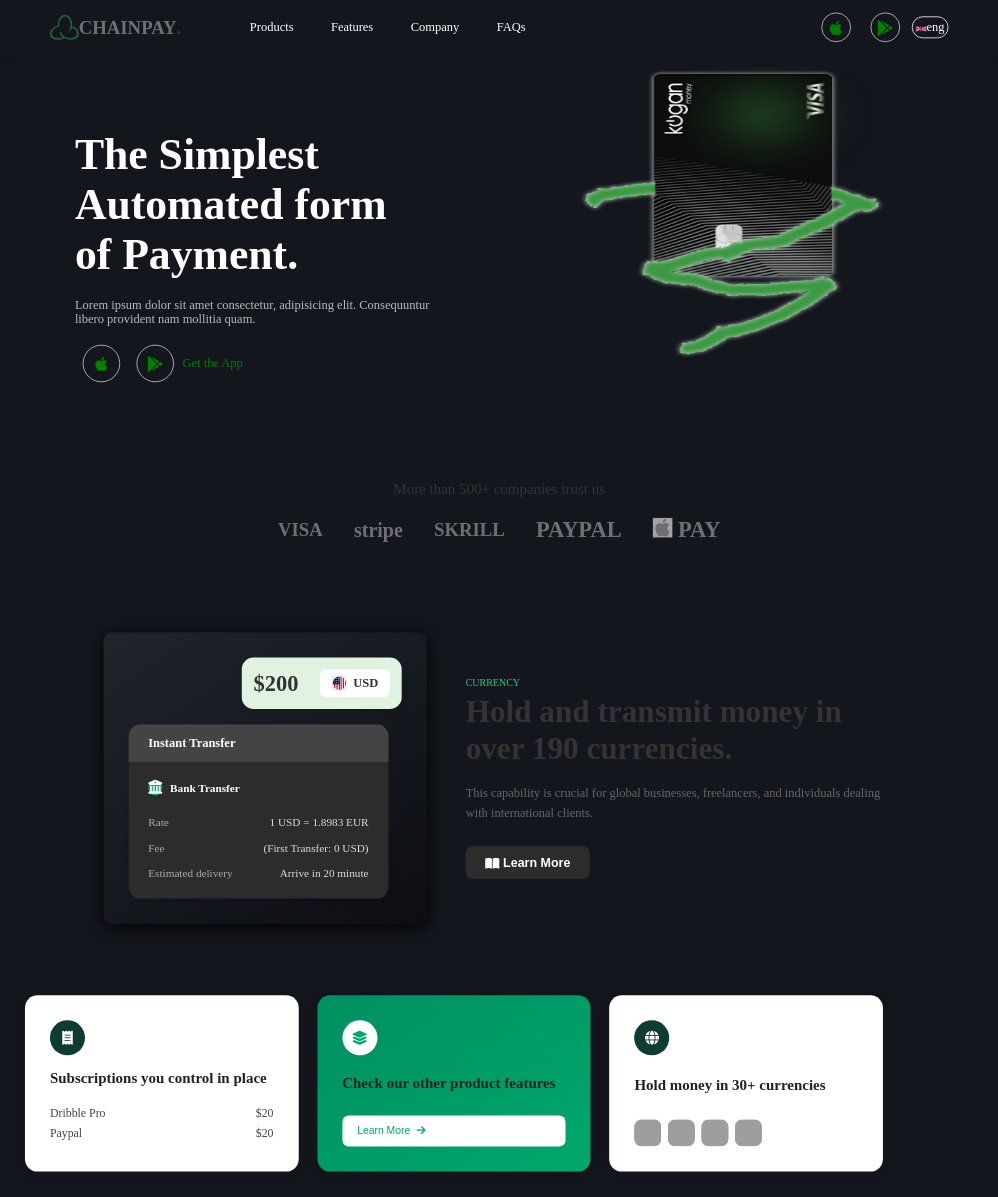
Repository: Austinokezie/Fintech-landing-page
Page: Chainpay.html
An editor plug-in stored every save of this project. The page is shown before and after the next save, followed by the edit.
The browser window is 1280 px wide. The pictures show the whole page, at 78% of full size.
Pictures or frames that could not be fetched are drawn as grey boxes. Some web libraries are served in a nearby version.

Above is the page before, as saved 2025-10-15 20:01:11.

### Chainpay.html
<!DOCTYPE html>
<html lang="en">
<head>
    <meta charset="UTF-8">
    <meta name="viewport" content="width=device-width, initial-scale=1.0">
    <title>Document</title>
    <link rel="stylesheet" href="./Chainpay.css">
    <script src="https://kit.fontawesome.com/988c5ad863.js" crossorigin="anonymous"></script>
</head>
<body>
    <nav>
        <div class="left">
            <div class="logo">
                <img src="./images/logo.png" alt="logo image">

                <span>Chainpay</span><span class="dot">.</span>

            </div>
            <ul class="links">
                <li class="link">Products</li>
                <li class="link">Features</li>
                <li class="link">Company</li>
                <li class="link">FAQs</li>

            </ul>
        </div>

        <div class="btn">
            <i class="fa-brands fa-apple"></i>
            <i class="fa-brands fa-google-play"></i>
            <div class="flag">
                <a href=""><img src="./images/Flag_of_the_United_Kingdom_(1-2).svg.png" alt="flag"><span>eng</span></a>


            </div>

        </div>
    </nav>
    <main>
        <div class="introsection">
            <h1>
                <p>The Simplest</p>
                <p>Automated form</p>
                <p>of Payment.</p>
            </h1>
            <p class="describe">Lorem ipsum dolor sit amet consectetur, adipisicing elit. Consequuntur libero provident nam mollitia quam.</p>
            <div class="btnicons">
                <i class="fa-brands fa-apple"></i>
                <i class="fa-brands fa-google-play"></i>
                <a href="#">Get the App</a>
            </div>
            <!-- <div>
                <button class="btn"> Get Started</button>
                <button class="btn"> Discover More</button>
            </div> -->
        </div>
        <div class="imagesection">
            <img src="./images/card.png" alt="">
        </div>
    </main>
   <section class="trust-section">
      <p class="trust-statement">More than 500+ companies trust us</p>
       <div class="payment-logos">
          <span class="logo visa">VISA</span>
          <span class="logo stripe">stripe</span>
          <span class="logo skrill">Skrill</span>
          <span class="logo paypal">PayPal</span>
          <span class="logo apple-pay"><img src="./images/Apple logo.jpg" alt=""> Pay</span>
        </div>
   </section>
    <section class="currency-feature-section">
            <div class="demo-section">
                <div class="input-card">
                    <span class="amount">$200</span>
                        <div class="currency-selector">
                            <img src="./images/USA FLAG2.jpeg" alt="US Flag" class="flag-icon">
                             <span class="currency-code">USD</span>

                        </div>
                </div>

                <div class="transfer-details-card">
                      <div class="card-header">
                         <span class="header-text">Instant Transfer</span>
                       </div>
                    <div class="transfer-info">
                        <div class="info-line bank-transfer">
                          <span class="icon "><i class="fa-solid fa-building-columns bank-icon"></i></span>
                         <span class="text">Bank Transfer</span>
                       </div>
                       <div class="info-line detail-row">
                          <span class="label">Rate</span>
                          <span class="value">1 USD = 1.8983 EUR</span>
                       </div>
                        <div class="info-line detail-row">
                          <span class="label">Fee</span>
                          <span class="value">(First Transfer: 0 USD)</span>
                       </div>
                       <div class="info-line detail-row">
                          <span class="label">Estimated delivery</span>
                         <span class="value">Arrive in 20 minute</span>
                        </div>
                   </div>
               </div>
            </div>

        <div class="content-section">
               <p class="tagline">Currency</p>
               <h2 class="headline">Hold and transmit money in over 190 currencies.</h2>
               <p class="description">This capability is crucial for global businesses, freelancers, and individuals dealing with international clients.</p>
               <button class="cta-button">
                  <span class="icon learn-icon"><i class="fa-solid fa-book-open"></i></span>
                   Learn More
               </button>
        </div>
    </section>

    <section class="features">
          <div class="card">
               <div class="card-icon">
                 <i class="fa-solid fa-receipt"></i>
                </div>
                <h3>Subscriptions you control in place</h3>
                <div class="card-footer">
                   <div class="item">
                      <span>Dribble Pro</span><span>$20</span>
                  </div>
                  <div class="item">
                      <span>Paypal</span><span>$20</span>
                   </div>
               </div>
           </div>

           <div class="card active">
               <div class="card-icon">
                  <i class="fa-solid fa-layer-group"></i>
                </div>
                <h3>Check our other product features</h3>
                <button class="learn-more">
                  Learn More <i class="fa-solid fa-arrow-right"></i>
               </button>
            </div>

           <div class="card">
               <div class="card-icon">
                 <i class="fa-solid fa-globe"></i>
               </div>
               <h3>Hold money in 30+ currencies</h3>
               <div class="flag-icons">
                  <img src="https://flagcdn.com/w40/gb.png" alt="UK">
                  <img src="https://flagcdn.com/w40/us.png" alt="US">
                  <img src="https://flagcdn.com/w40/ca.png" alt="Canada">
                  <img src="https://flagcdn.com/w40/eu.png" alt="EU">
              </div>
           </div>
    </section>
</body>
</html>

### Chainpay.css
*{
    margin: 0;
    padding: 0;

}
body{
    background-color: #13161d;
    color: white;
}
nav{
    display: flex;
    justify-content: space-between;
    padding: 16px 64px;
    box-shadow: 0 5px 12px rgba(0, 0, 0, 0.1);
}

nav .left {
    display: flex;
    gap: 4rem;
    align-items: center;
}

nav .logo{
    display: flex;
    align-items: center;

}
nav .logo span{
    font-size: 1.5rem;
    font-weight: bold;
    gap: 2px;

}
nav .logo .dot{
    color: green;
    font-size: 1.5rem;
}
nav .logo img{
    height: 32px;
}
nav .links{
    display: flex;
    list-style: none;

}
nav .links :hover{
    color: forestgreen;
}
nav .links .link{
    padding: 5px 1.5rem;
    font-weight: 500;
}
nav .btn{
    display: flex;
    align-items: center;
    gap: 5px;
}
nav .btn i{
    font-size: 1.3rem;
    background-color: rgba(2, green, blue, alpha);
    color: green;
    padding: .5rem .5rem;
    border: 1px solid #ccc;
    width: 20px;
    height: 20px;
    line-height: 20px;
    text-align: center;
    border-radius: 52px;
    margin:0 10px;
    cursor: pointer;

}
nav .btn .flag{
    display: flex;
    border: 1px solid;
    border-radius: 20px;
    padding: 4px 4px;

}

nav .btn .flag a{
    text-decoration: none;
}
nav .btn .flag img{
    width: .9rem;
    height: .4rem;
}
nav .btn .flag span{
    color: white;
}

main{
    display: flex;
    justify-content: center;
    padding: 1rem 6rem;

    gap: 2rem;
}
main .introsection{
    /* display: flex; */
    padding: 5rem 0;
    /* justify-content: center; */
}
main .introsection h1{
   font-size: 3.5rem;
}
main.introsection h1 p{
    font-size: 5rem;
}
.introsection .describe{
    font-size: 16px;
    opacity: .7;
    margin: 1.5rem 0;
    max-width: 80%;
}
main .imagesection img{
    width: 29rem;
    height: 27rem;
    /* margin-top: 30px; */
}
main .btnicons{
    display: flex;
    gap: 1px;
    align-items: center;
}
main .btnicons a{
    text-decoration: none;
    color: green;
}
main .btnicons i{
    font-size: 1.3rem;
    /* background-color: rgb(36, 17, 17); */
    padding: .5rem .5rem;
    color: green;
    border: 1px solid #ccc;
    width: 30px;
    height: 30px;
    line-height: 30px;
    text-align: center;
    border-radius: 52px;
    margin:0 10px;


}

/* =========================
   🌐 Services Highlight Section
   ========================= */

.trust-section {
    text-align: center;
    padding: 30px 15px;
    background-color: #13161d;
    color: white;
}

.trust-statement {
    font-size: 1.2rem;
    color: #333333; /* Darker text for the statement */
    margin-bottom: 25px;
}

.payment-logos {
    display: flex;
    justify-content: center;
    align-items: center;
    flex-wrap: wrap; /* Allows logos to wrap on smaller screens */
    gap: 40px; /* Space between logos */
}

.logo {
    font-size: 1.5rem;
    font-weight: bold;
    color: #aaaaaa; /* Faded/light gray color as seen in the image */
    text-transform: uppercase;
    opacity: 0.6; /* Slight transparency to enhance the faded look */
    /* Add a specific font-family if you want to match the logo typeface exactly */
}

/* Specific Logo adjustments (optional, to better mimic the logo styles) */
.visa {
    /* No major change needed */
}

.stripe {
    font-size: 1.6rem;
    text-transform: lowercase;
}

.skrill {
    /* No major change needed */
}

.paypal {
    font-size: 1.8rem;
}

.apple-pay {
    font-size: 1.8rem;
    /* The Apple logo  is used directly in the HTML */
}
.apple-pay img{
    width: 25px;
    height: 25px;
}


/* Base Styles */
.currency-feature-section {
    display: flex;
    justify-content: center;
    align-items: center;
    padding: 60px 5%;
    background-color: #13161d;
    color: white;
    font-family: serif;
    box-shadow: rgba(0, 0, 0, 0.1);
    margin-top: 25px;
}

/* --------------------
    Left Column: Demo Section Styling
-------------------- */
.demo-section {
    flex: 1;
    display: flex;
    flex-direction: column;
    gap: 20px;
    padding: 2rem;
    max-width: 350px; /* Limit size for better aesthetics */
    background: linear-gradient(145deg, #1f242d, #0c0e13);
    box-shadow: 0 4px 20px rgba(0, 0, 0, 10);
    border-radius: 10px;
}

/* Input Card */
.input-card {
    background-color: #e0f2e0; /* Lightest green for the card */
    padding: 15px 15px;
    border-radius: 15px;
    display: flex;
    justify-content: space-between;
    align-items: center;
    margin-left: auto;
    box-shadow: 0 4px 10px rgba(0, 0, 0, 0.05); /* Soft shadow */
    width: 50%; /* Smaller than the overall demo section */
}

.input-card .amount {
    font-size: 1.8rem;
    font-weight: bold;
    color: #333;
}

.currency-selector {
    display: flex;
    align-items: center;
    background-color: #fff; /* White background for selector */
    padding: 8px 15px;
    border-radius: 8px;
    font-weight: bold;
    cursor: pointer;
}

.flag-icon {
    width: 20px;
    height: 20px;
    margin-right: 8px;
    /* In a real scenario, you'd load the image */
    /* Placeholder for the flag */
    background-color: #003087; /* Just to show where the flag goes */
    /* border: 1px solid #ccc; */
}
.currency-code {
    color: #333;
}

/* Transfer Details Card */
.transfer-details-card {
    background-color: #2c2c2c; /* Dark background for this card */
    color: #ffffff;
    padding: 0;
    border-radius: 15px;
    box-shadow: 0 4px 10px rgba(0, 0, 0, 0.1);
    width: 95%; /* Wider than the input card */
}

.card-header {
    background-color: #444444; /* Darker header section */
    padding: 15px 25px;
    border-top-left-radius: 15px;
    border-top-right-radius: 15px;
}

.header-text {
    font-weight: bold;
    font-size: 1rem;
}

.transfer-info {
    padding: 15px 25px;
}

.info-line {
    display: flex;
    justify-content: space-between;
    padding: 8px 0;
    font-size: 0.9rem;
    color: #dddddd; /* Light text for details */
    gap: 10px;
}

.bank-transfer {
    justify-content: flex-start;
    align-items: center;
    font-weight: bold;
    color: #ffffff;
    margin-bottom: 10px;
}

.bank-icon {
    display: flex;
    align-items: center;
    width: 20p;
    height: 20px;
    background-color: #00a86b; /* Green circle icon color */
    border-radius: 50%;
    font-size: 18px;
    /* margin-right: 10px; */
    /* flex-shrink: 0; */

}
.bank-icon i{
    font-size: 18px;
    color: #00a86b;
    line-height: 1;
}

.detail-row .label {
    color: #aaaaaa; /* Lighter gray for labels */
}

.detail-row .value {
    text-align: right;
}

/* --------------------
    Right Column: Content Section Styling
-------------------- */
.content-section {
    flex: 1;
    max-width: 550px;
    padding-left: 50px;
    color: #f5f5dc;
}

.tagline {
    font-size: 0.8rem;
    color: #2ecc71;
    text-transform: uppercase;
    margin-bottom: 5px;
}

.headline {
    font-size: 2.5rem;
    font-weight: 900;
    line-height: 1.2;
    color: #333;
    margin: 0 0 20px 0;
}

.description {
    font-size: 1rem;
    line-height: 1.6;
    color: #666;
    margin-bottom: 30px;
}

.cta-button {
    background-color: #2c2c2c; /* Dark background for CTA */
    color: #ffffff;
    border: none;
    padding: 12px 25px;
    border-radius: 8px;
    font-size: 1rem;
    font-weight: bold;
    cursor: pointer;
    display: flex;
    align-items: center;
    transition: background-color 0.3s;
}

.cta-button:hover {
    background-color: #444444;
}

.learn-icon {
    width: 15px;
    height: 15px;
    /* background-color: #00a86b; Small green icon placeholder */
    border-radius: 3px;
    margin-right: 8px;
}

/* === Feature Section === */
.features {
  display: flex;
  gap: 1.5rem;
  padding: 2rem;
  max-width: 1100px;
  flex-wrap: nowrap;
  justify-content: center;
}

/* === Card === */
.card {
  background: #fff;
  border-radius: 16px;
  padding: 2rem;
  width: 320px;
  box-shadow: 0 4px 20px rgba(0, 0, 0, 0.05);
  display: flex;
  flex-direction: column;
  justify-content: space-between;
  transition: transform 0.3s ease;
}

.card:hover {
  transform: translateY(-5px);
}

/* === Icon Circle === */
.card-icon {
  background-color: #0e3b33;
  color: #fff;
  width: 45px;
  height: 45px;
  border-radius: 50%;
  display: flex;
  align-items: center;
  justify-content: center;
  font-size: 18px;
  margin-bottom: 1.2rem;
}

/* === Card Headings === */
.card h3 {
  font-size: 1.2rem;
  margin-bottom: 1.5rem;
  color: #222;
}

/* === Active (Middle) Card === */
.card.active {
  background: linear-gradient(145deg, #008f62, #00a86b);
  color: #fff;
}

.card.active .card-icon {
  background-color: #fff;
  color: #00a86b;
}

/* === Learn More Button === */
.learn-more {
  background-color: #fff;
  color: #00a86b;
  border: none;
  padding: 0.8rem 1.2rem;
  border-radius: 8px;
  cursor: pointer;
  font-weight: 500;
  display: inline-flex;
  align-items: center;
  gap: 8px;
  transition: all 0.3s ease;
}

.learn-more:hover {
  background-color: #e8f6f0;
}

/* === Footer Items (First Card) === */
.card-footer .item {
  display: flex;
  justify-content: space-between;
  margin-bottom: 0.5rem;
  font-size: 0.95rem;
  color: #444;
}

/* === Flag Icons (Last Card) === */
.flag-icons {
  display: flex;
  gap: 0.5rem;
}

.flag-icons img {
  width: 35px;
  height: 35px;
  border-radius: 10px;
  object-fit: cover;
}



/* --------------------
    Media Queries
-------------------- */

/* Tablet View (Max-width: 768px) */
@media (max-width: 768px) {
    .trust-statement {
        font-size: 1.1rem;
        margin-bottom: 20px;
    }

    .payment-logos {
        gap: 30px; /* Reduce spacing between logos */
    }

    .logo {
        font-size: 1.4rem; /* Slightly smaller logos */
    }

    .stripe {
        font-size: 1.5rem;
    }

    .paypal,
    .apple-pay {
        font-size: 1.7rem;
    }
}

/* Mobile View (Max-width: 480px) */
@media (max-width: 480px) {
    .trust-section {
        padding: 20px 10px;
    }

    .trust-statement {
        font-size: 1rem;
        margin-bottom: 15px;
    }

    .payment-logos {
        gap: 20px 30px; /* Vertical and horizontal gap */
        /* Logos might wrap to a new line on very small screens */
    }

    .logo {
        font-size: 1.2rem; /* Smaller logos for mobile */
    }

    .stripe {
        font-size: 1.3rem;
    }

    .paypal,
    .apple-pay {
        font-size: 1.5rem;
    }
}


/* Tablet View (Max-width: 768px) */
@media (max-width: 768px) {
    .currency-feature-section {
        flex-direction: column; /* Stack columns vertically */
        padding: 40px 5%;
    }

    .demo-section {
        padding-right: 0;
        margin-bottom: 30px;
        width: 100%;
        max-width: none;
        align-items: center; /* Center the cards */
    }

    .input-card {
        width: 70%;
        max-width: 350px;
    }

    .transfer-details-card {
        width: 80%;
        max-width: 400px;
    }

    .content-section {
        padding-left: 0;
        text-align: center; /* Center align text */
        max-width: 100%;
    }

    .headline {
        font-size: 2rem;
    }

    .cta-button {
        margin: 0 auto; /* Center the button */
    }
}

/* Mobile View (Max-width: 480px) */
@media (max-width: 480px) {
    .currency-feature-section {
        padding: 30px 4%;
    }

    .headline {
        font-size: 1.7rem;
    }

    .description {
        font-size: 0.9rem;
    }

    .input-card {
        width: 100%; /* Full width for smaller screens */
        max-width: none;
        padding: 15px 20px;
    }

    .input-card .amount {
        font-size: 1.5rem;
    }

    .currency-selector {
        padding: 6px 10px;
    }

    .transfer-details-card {
        width: 95%; /* Keep it slightly narrower than full width */
        max-width: none;
    }

    .info-line {
        font-size: 0.85rem;
    }
}

After the next save:
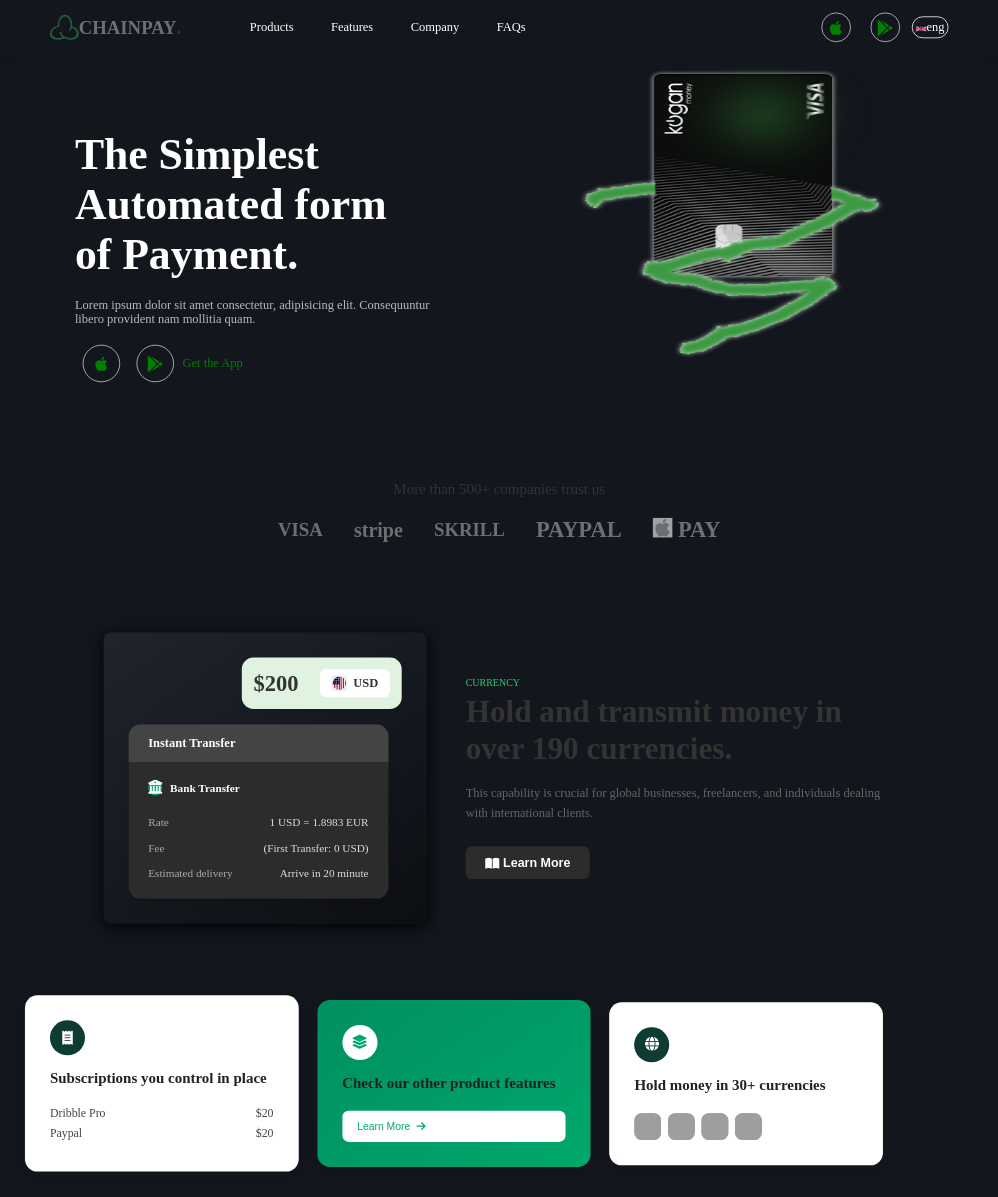
Saved 2 min 0 s later.
--- a/Chainpay.css
+++ b/Chainpay.css
@@ -405,11 +405,13 @@
 /* === Feature Section === */
 .features {
   display: flex;
+  justify-content: center;
+  align-items: center;
   gap: 1.5rem;
   padding: 2rem;
   max-width: 1100px;
   flex-wrap: nowrap;
-  justify-content: center;
+
 }
 
 /* === Card === */
